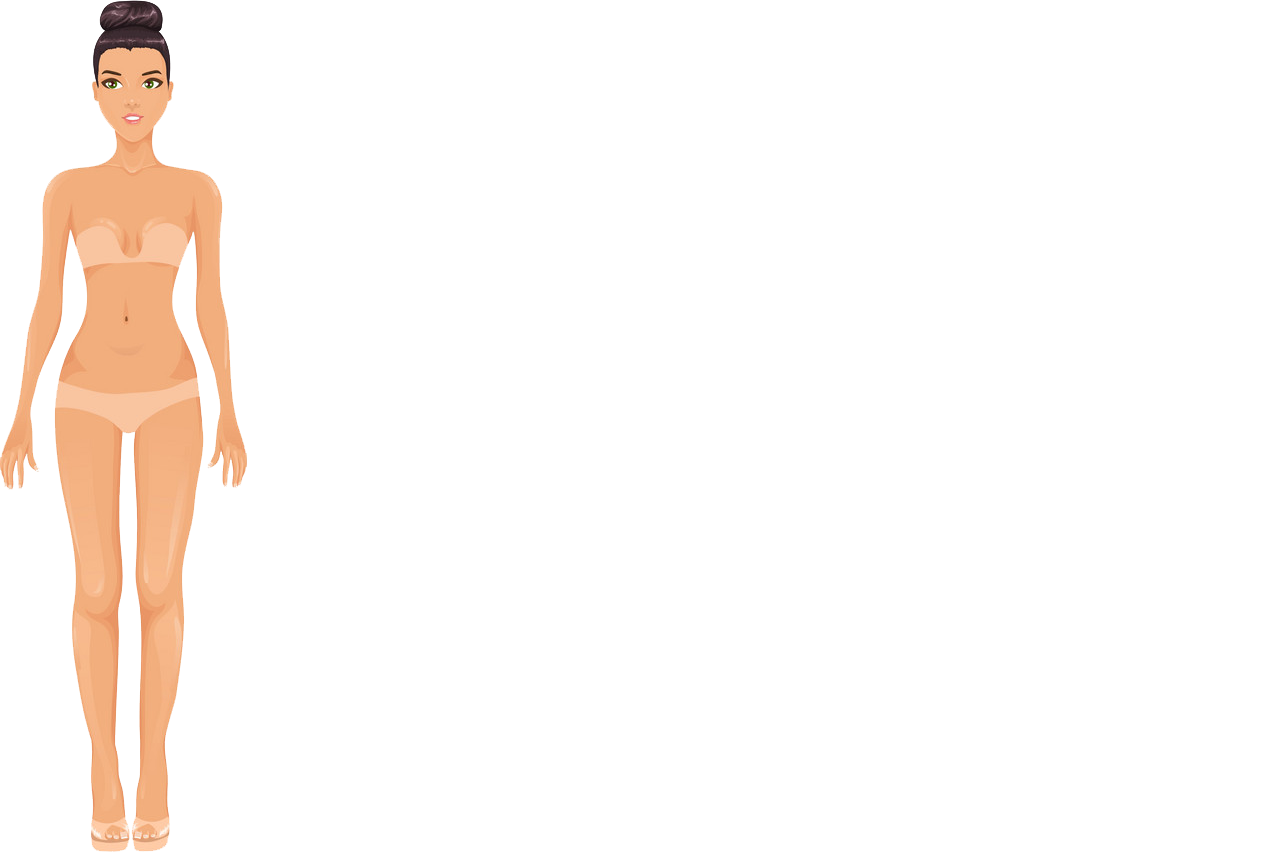
Repository: bunbubam/GameThayDoReactjs_NguyenKhacNghia
Page: /
An editor plug-in stored every save of this project. The page is shown before and after the next save, followed by the edit.
The browser window is 1280 px wide. The pictures show the whole page.
The project was rebuilt for these pictures with package versions that can differ from the ones it lists, and the page was loaded fresh each time. Also part of the build but not shown: src/App.css.

Above is the page before, as saved 2022-03-30 10:22:32.

After the next save:
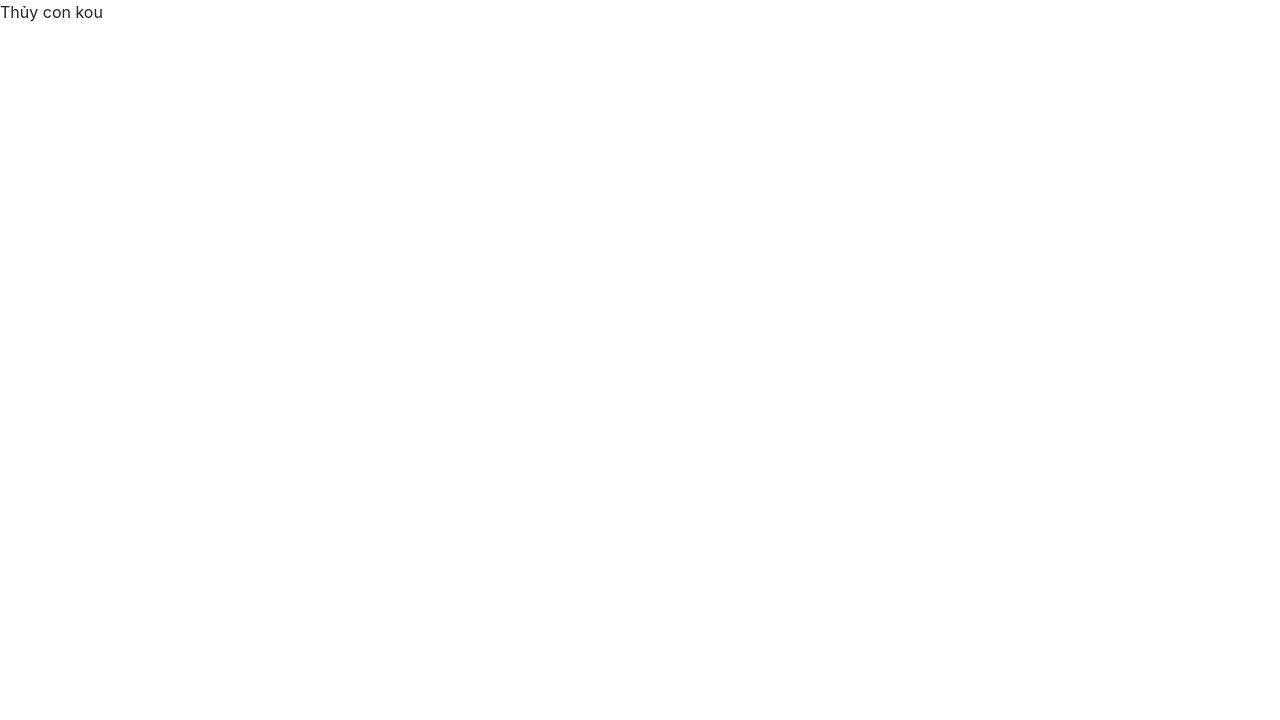
Saved 13 min 5 s later.
--- a/src/gamethaydo/dress.js
+++ b/src/gamethaydo/dress.js
@@ -8,7 +8,7 @@
     render() {
         return(
             <div>
-                <img src={this.state.img} className="img-fluid" />
+                Thủy con kou
             </div>
         )
     };

After the save that followed:
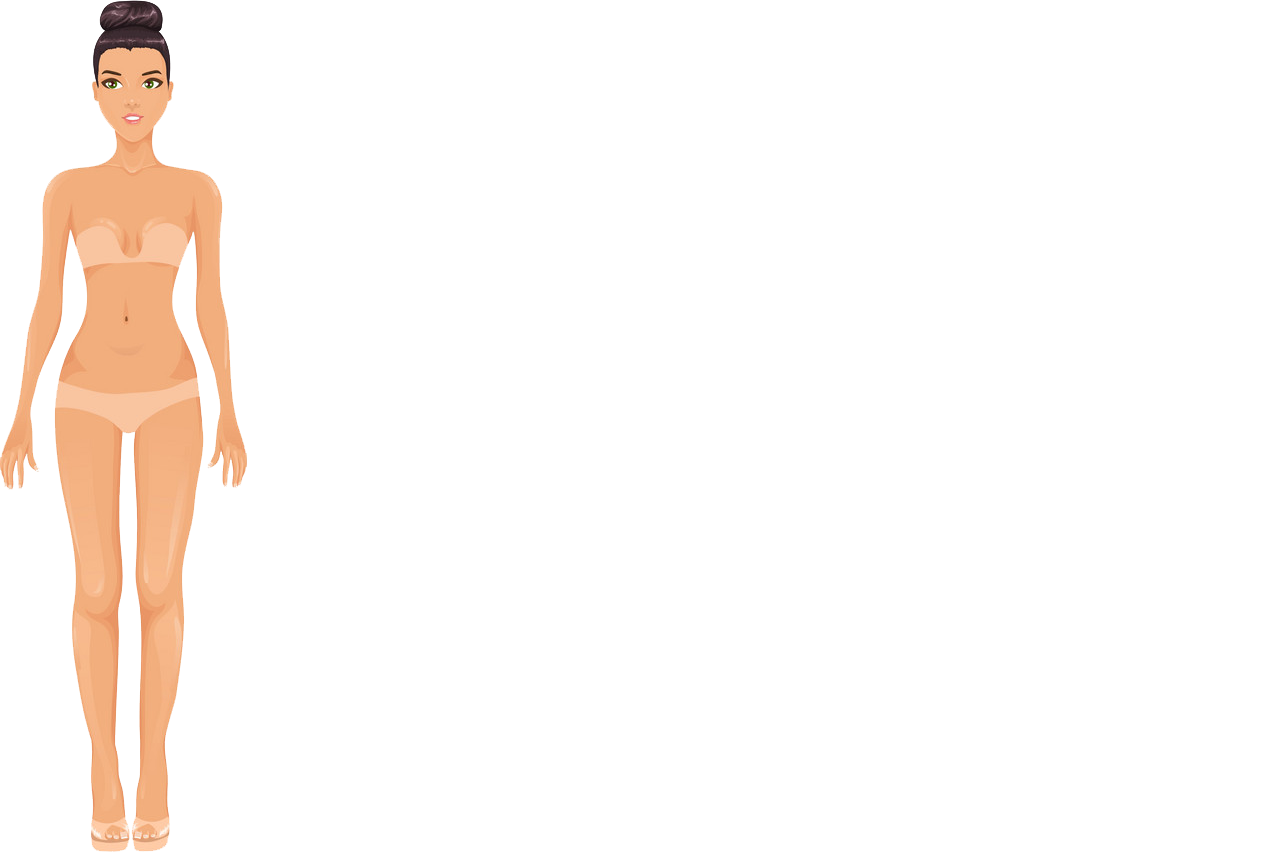
Saved 7 s later.
--- a/src/gamethaydo/dress.js
+++ b/src/gamethaydo/dress.js
@@ -8,7 +8,7 @@
     render() {
         return(
             <div>
-                Thủy con kou
+                <img src={this.state.img} className="img-fluid" />
             </div>
         )
     };
